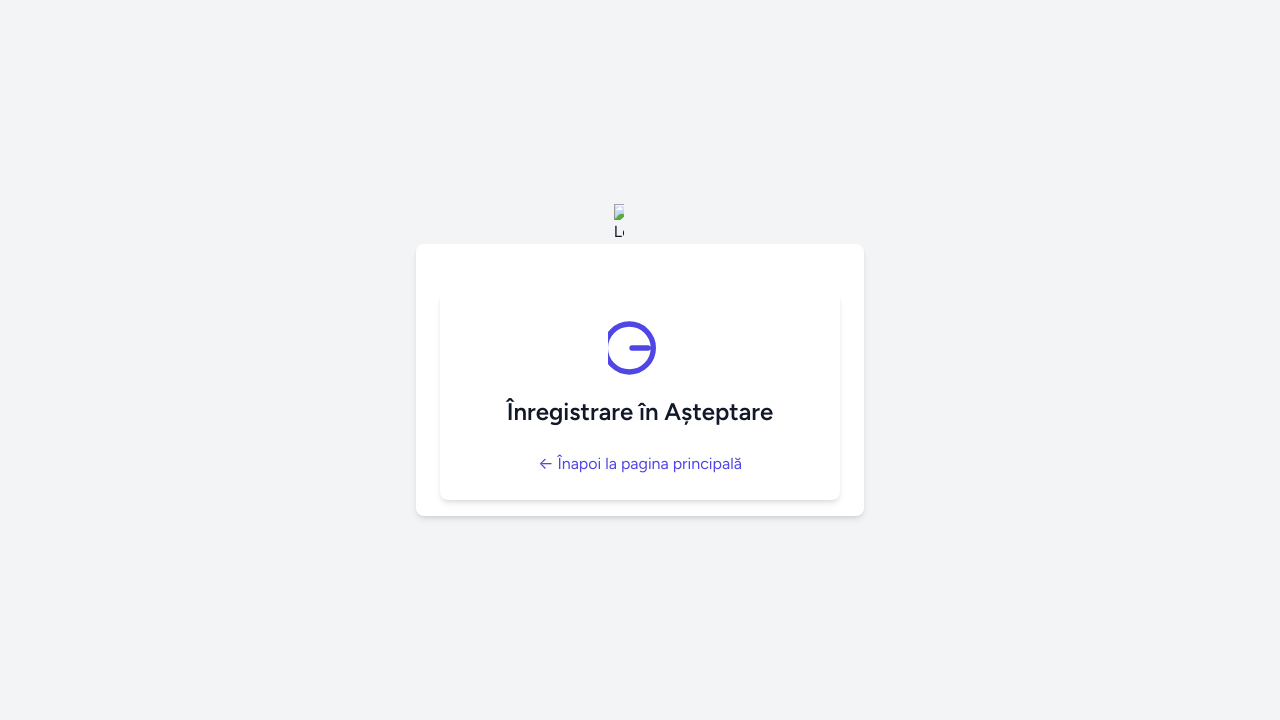
Repository: cosmin05072018/fantastic-events-manager
Page: http://localhost/registration/pending
An editor plug-in stored every save of this project. The page is shown before and after the next save, followed by the edit.
The browser window is 1280 px wide. The pictures show the whole page.
The page is served by the project's Laravel application, run on PHP 8.4 with Laravel 10. Style sheets and scripts are compiled from the project's sources, by tool versions that may differ from the author's.

Above is the page before, as saved 2024-11-03 20:41:47.

After the next save:
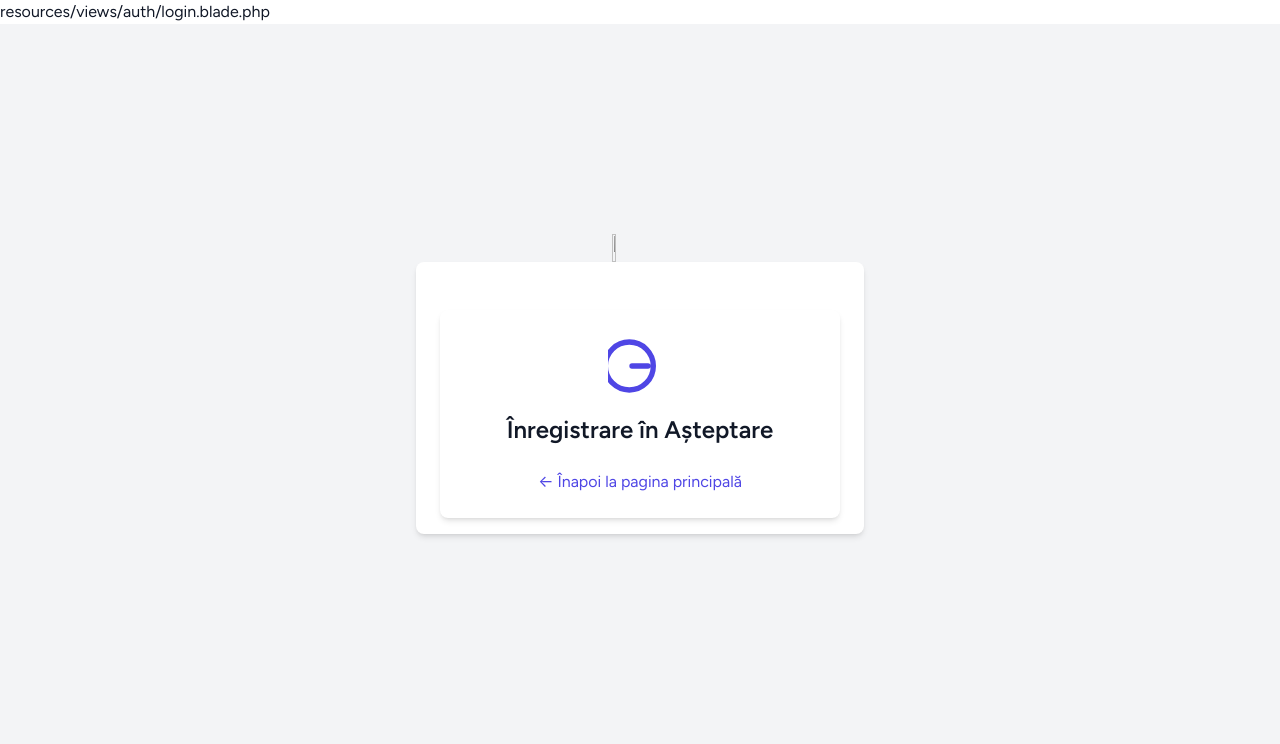
Saved 21 s later.
--- a/resources/views/auth/pending.blade.php
+++ b/resources/views/auth/pending.blade.php
@@ -1,5 +1,5 @@
 <!-- resources/views/registration/pending.blade.php -->
-
+resources/views/auth/login.blade.php
 <x-guest-layout>
     <div class="max-w-md mx-auto bg-white dark:bg-gray-800 shadow-md rounded-lg p-6 mt-8">
         <div class="text-center">
